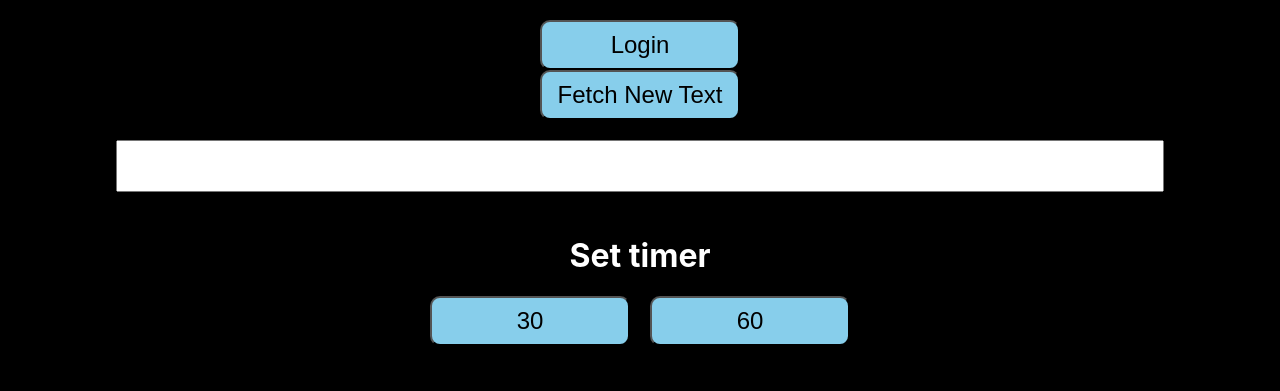
Repository: abhaysharma20233009/swiftKey
Page: / (app in frontend/my-app/)
The author's editor kept a copy of each file at every save. The page is drawn from the files as they stood at one save, then again after a run of saves.
The browser window is 1280 px wide. The pictures show the whole page.
The page's requests for data from a server got no answer. The project was rebuilt for these pictures with package versions that can differ from the ones it lists, and the page was loaded fresh each time. No one was signed in, and anything a server would have sent is missing. Also part of the build but not shown: frontend/my-app/src/Results.js, frontend/my-app/src/Login.js.

Above is the page before, as saved 2024-10-10 15:17:35.

After the next 2 saves:
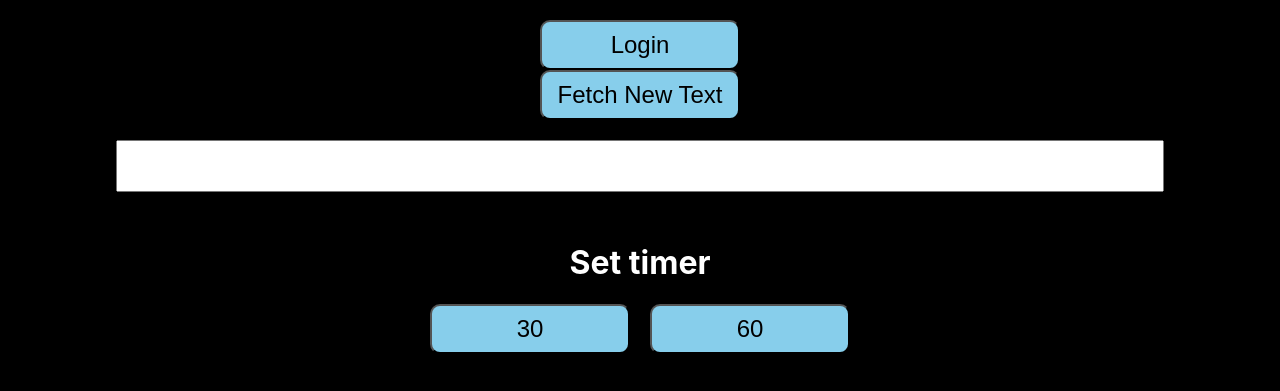
The 2 saves are shown as one change because 1 did not build or start.
The last was saved 2 min 44 s later.
--- a/frontend/my-app/src/Swifts.js
+++ b/frontend/my-app/src/Swifts.js
@@ -10,7 +10,7 @@ function Swifts() {
     const location = useLocation();
 
     // Retrieve username from location state
-    const username = location.state?.username||'';
+    const username = location.state?.username || '';
 
     const fetchMessages = async () => {
         try {
@@ -35,7 +35,7 @@ function Swifts() {
     useEffect(() => {
         if (time > 0) {
             const timer = setTimeout(() => {
-                navigate('/results', { state: { currentWordIndex, username } }); // Pass both currentWordIndex and username
+                navigate('/results', { state: { currentWordIndex, username } });
             }, time * 1000);
 
             return () => clearTimeout(timer);
@@ -64,9 +64,9 @@ function Swifts() {
         <div style={{ textAlign: 'center', marginTop: '20px' }}>
             {username && <h2>Welcome, {username}!</h2>}
             <button className="log" onClick={() => navigate('/login')}>Login</button>
-            <br/>
+            <br />
             <button className="log" onClick={fetchMessages}>Fetch New Text</button>
-            <br/>
+            <br />
             <input
                 type="text"
                 value={inputValue}
@@ -79,18 +79,26 @@ function Swifts() {
                 }}
                 placeholder={currentWord.slice(inputValue.length)}
             />
-            <div className="para" style={{ fontSize: '24px', marginTop: '10px' }}>
+            <div className="para" style={{
+                fontSize: '24px',
+                marginTop: '10px',
+                display: 'flex',
+                flexWrap: 'wrap',
+                maxWidth: '80%',
+                justifyContent: 'flex-start',
+            }}>
                 {words.map((word, index) => (
-                    <p
+                    <span
                         key={index}
                         style={{
                             padding: '0 5px',
                             color: index === currentWordIndex ? 'blue' : 'white',
                             textDecoration: index < currentWordIndex ? 'line-through' : 'none',
+                            width: 'calc(10% - 10px)', // Ensure 10 words per line
                         }}
                     >
                         {word}
-                    </p>
+                    </span>
                 ))}
             </div>
 
